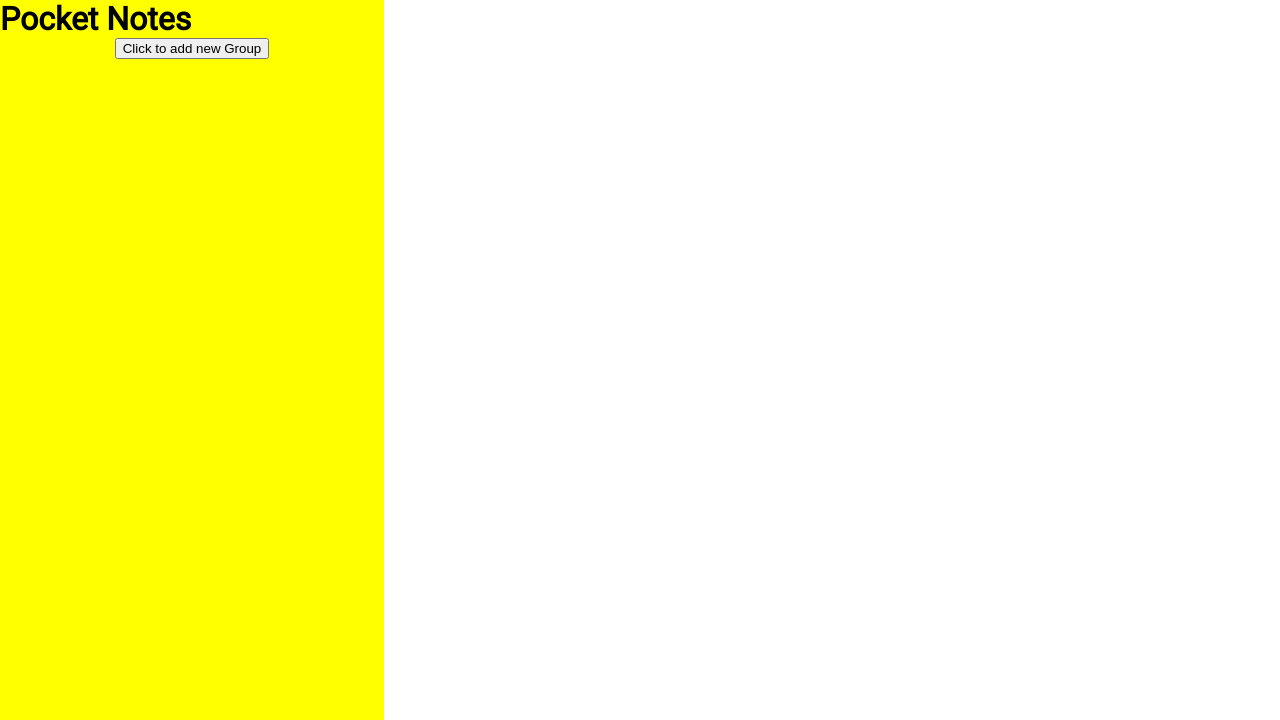
Repository: drumsmanku/react-module-test
Page: /
An editor plug-in stored every save of this project. The page is shown before and after the next save, followed by the edit.
The browser window is 1280 px wide. The pictures show the whole page.
The project was rebuilt for these pictures with package versions that can differ from the ones it lists, and the page was loaded fresh each time. Also part of the build but not shown: src/Components/PopUp.css.

Above is the page before, as saved 2023-06-07 10:31:45.

### src/App.js
import './App.css';
import PopUp from './Components/PopUp';
import MainPage from './Components/MainPage';

function App() {
  return (
    <div className="App">
      <MainPage/>
    </div>
  );
}

export default App;

### src/Components/PopUp.js
import React from "react";
import './PopUp.css'
import Popup from "reactjs-popup";
import "reactjs-popup/dist/index.css";
import { useState,useEffect } from "react";

function PopUp() {
  const [input, setInput]=useState("");
  const [group, setGroup] = useState([])
  const handleInputChange=(event)=>{
    setInput(event.target.value);
  }
  const handleButtonClick=()=>{
    setGroup([...group, input]);
    setInput('');
  }
  useEffect(() => {
    localStorage.setItem('group', JSON.stringify(group));
    const storedValue = localStorage.getItem('group');
    console.log(storedValue);
  }, [group]);

  return (
    <div>
      <Popup trigger={<button> Click to add new Group </button>} modal nested>
        {(close) => (
          <div className="modal">
            <div className="content">Welcome to GFG!!!</div>
            <div>
              <button onClick={() => close()}>Close modal</button>
              <input type="text" onChange={handleInputChange} value={input} />
              <button onClick={handleButtonClick}>add</button>
            </div>
          </div>
        )}
      </Popup>
    </div>
  );
}

export default PopUp;

### src/Components/MainPage.js
import React from 'react';
import './MainPage.css';
import PopUp from './PopUp';

function MainPage() {
  return (
    <div className='main-container'>
      <div className="first-compartment">
          <h1>Pocket Notes</h1>
          <PopUp/>
      </div>
      <div className="second-comartment">

      </div>
    </div>
  )
}

export default MainPage

### src/Components/MainPage.css
@import url('https://fonts.googleapis.com/css2?family=Roboto&display=swap');
body{
  font-family: 'Roboto';
}

.main-compartment{
  height: 100vh;
  width: 100vw;
}

.first-compartment{
  width: 30%;
  height: 100vh;
  background-color: yellow;
}

.first-compartment h1{
  margin: 0;
  text-align: left;
}

Loaded but not shown: public/index.html (common file); src/index.js (common file); src/index.css (common file); src/App.css (common file)

After the next save:
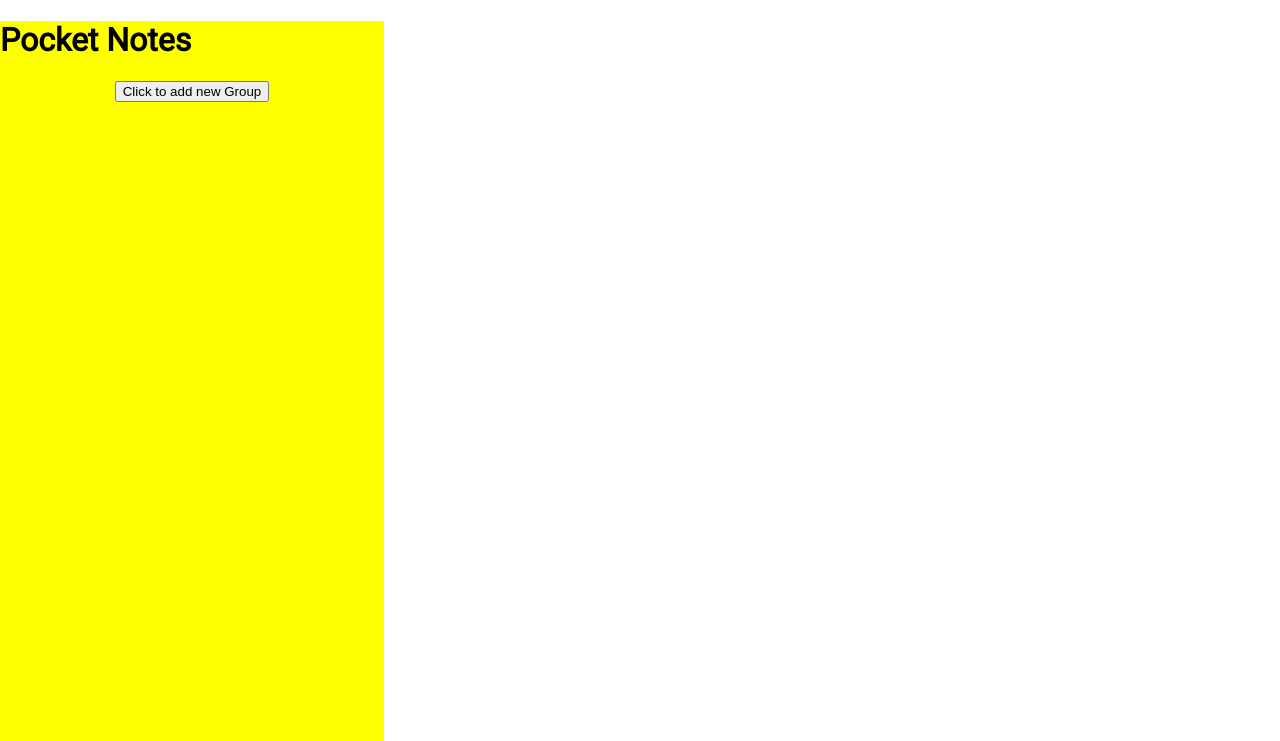
Saved 21 s later.
--- a/src/Components/MainPage.css
+++ b/src/Components/MainPage.css
@@ -15,6 +15,6 @@
 }
 
 .first-compartment h1{
-  margin: 0;
+  margin: 1;
   text-align: left;
 }

After the save that followed:
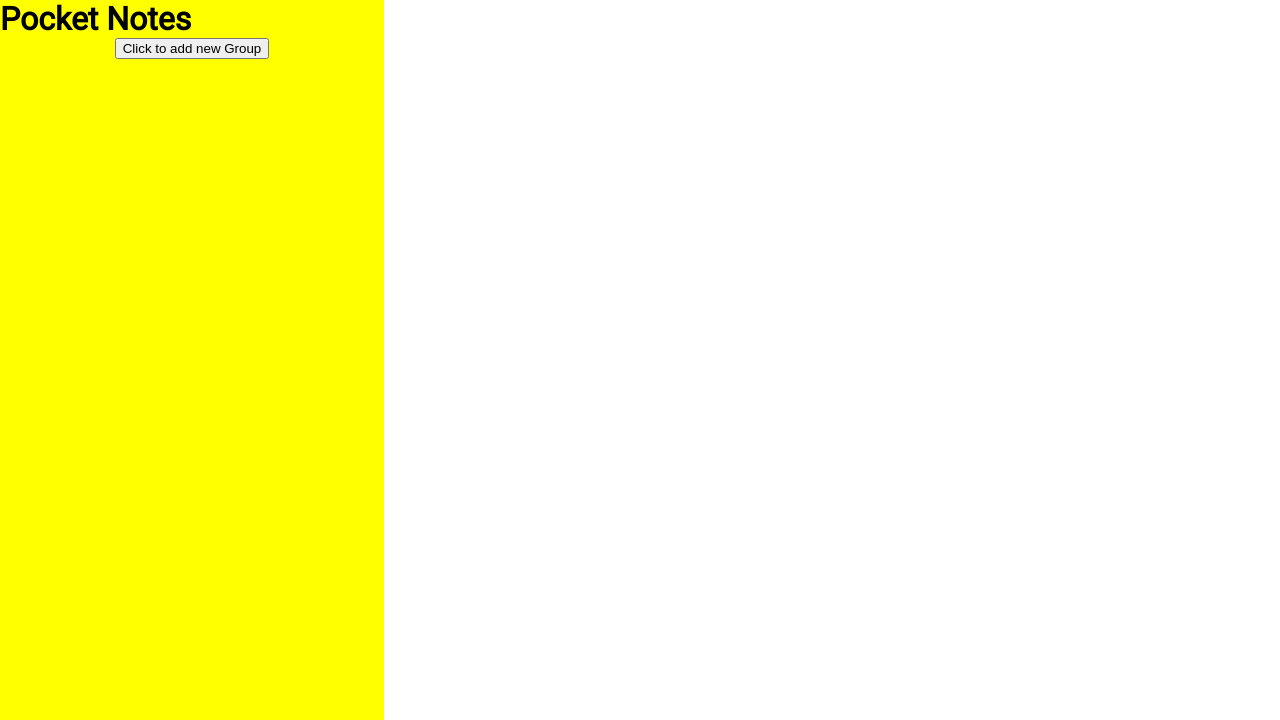
Saved 5 s later.
--- a/src/Components/MainPage.css
+++ b/src/Components/MainPage.css
@@ -15,6 +15,6 @@
 }
 
 .first-compartment h1{
-  margin: 1;
+  margin: 0;
   text-align: left;
 }
